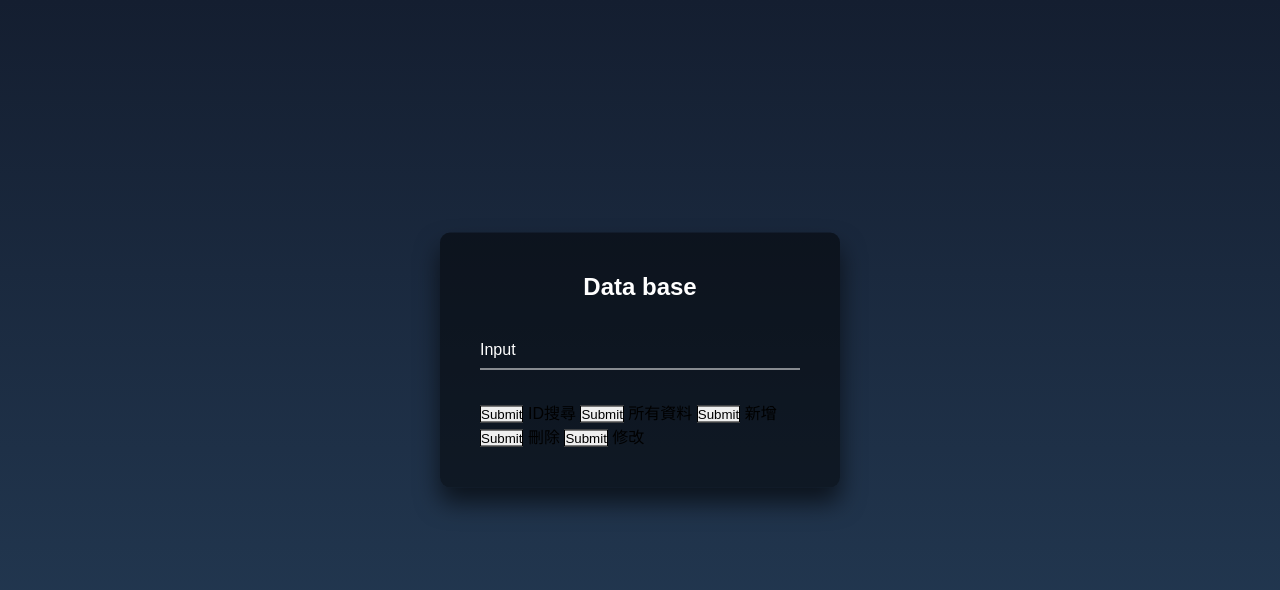
Repository: Ray917x/JaveEEforProject
Page: JSP/src/main/webapp/project/MainPageCSS.html
An editor plug-in stored every save of this project. The page is shown before and after the next save, followed by the edit.
The browser window is 1280 px wide. The pictures show the whole page.

Above is the page before, as saved 2022-09-14 07:34:19.

After the next save:
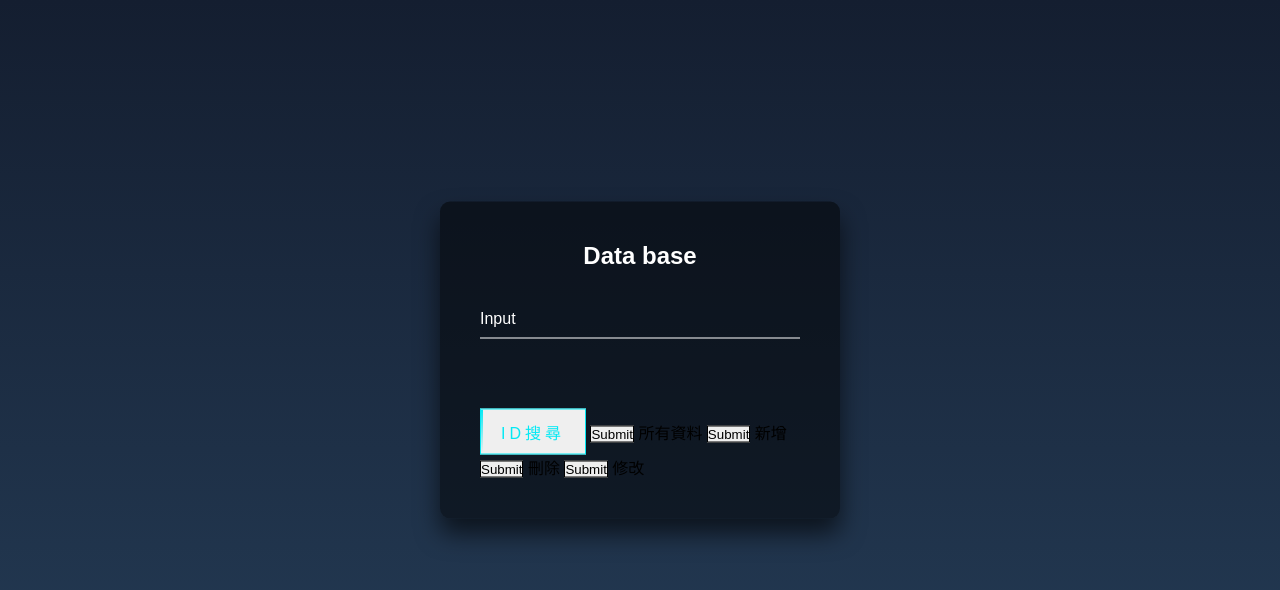
Saved 2 min 20 s later.
--- a/JSP/src/main/webapp/project/MainPageCSS.html
+++ b/JSP/src/main/webapp/project/MainPageCSS.html
@@ -203,13 +203,13 @@
                 <label>Input</label>
             </div>
 
-            <input class="button" type="submit">
+            <button class="button" type="submit">
             	<span></span>
                 <span></span>
                 <span></span>
                 <span></span>
                 ID搜尋
-            </input>
+            </button>
 
             <input class="button" type="submit" formaction="/JSP/AnimalGetAllJSTL">
                 <span></span>
